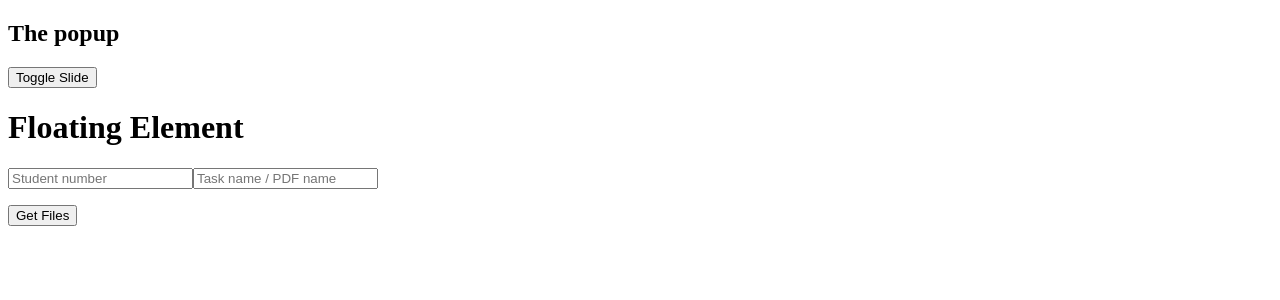
Repository: Morta-Organization/Dropbox-File-Finder-UI-popup-chrome-extension
Page: popup.html
The author's editor kept a copy of each file at every save. The page is drawn from the files as they stood at one save, then again after the next save.
The browser window is 1280 px wide. The pictures show the whole page.

Above is the page before, as saved 2023-04-13 09:13:48.
Console error: TypeError: Cannot read properties of undefined (reading 'textContent')

### popup.html
<!DOCTYPE html>
<html lang="en">

<head>
   <meta charset="UTF-8">

   <meta http-equiv="X-UA-Compatible" content="IE=edge">
   <script src="./content.js" defer></script>
   <meta name="viewport" content="width=device-width, initial-scale=1.0">
   <title>Document</title>
</head>

<body>
    <div>
      <h2 class="h2-heading" id="h2Tag1">The popup</h2>
       </div>
    </div>






</body>

</html>

### content.js

let inputField1 = document.createElement("input");
let inputField2 = document.createElement("input");
let getFilesBtn = document.createElement("button");
let folderList = document.createElement("ul")

// Function to create the UI elements
function createUI() {
  // Create the floating element
  const inputContainer = document.createElement("div");
  inputContainer.className = "main-input-container";
  let getFilesBtnContainer = document.createElement("div");
  getFilesBtn.className = "button button1 getFIles";
  getFilesBtn.textContent = "Get Files";
  getFilesBtn.addEventListener("click", () => {

  })
  getFilesBtnContainer.appendChild(getFilesBtn);

  const floatingElement = document.createElement("div");
  const header = document.createElement("h1");
  header.innerText = "Floating Element";
  floatingElement.className = "box-layout slide-in-left";


  //create the toggle button
  let slideBtn = document.createElement("button");
    slideBtn.className="slide-btn"
    slideBtn.textContent = "Toggle Slide"
    slideBtn.addEventListener('click', () => {

        floatingElement.classList.toggle('slide-out-left');
        slideBtn.classList.toggle('toggleBtn')
      });

  inputField1.id = "myInputField1";
  inputField1.type = "text";
  inputField1.placeholder = "Student number";

  inputField2.id = "myInputField2";
  inputField2.type = "text";
  inputField2.placeholder = "Task name / PDF name";

  floatingElement.prepend(slideBtn);
  floatingElement.appendChild(header);
  inputContainer.appendChild(inputField1);
  inputContainer.appendChild(inputField2);
  inputContainer.appendChild(folderList);
  inputContainer.appendChild(getFilesBtnContainer);
  floatingElement.appendChild(inputContainer);


  document.body.appendChild(floatingElement);

  // Call function to get page values and update UI elements
  extractTaskName();
  extractStudentNumber()
}

//  Call createUI function to create the UI elements
createUI();


//! Extracts the task name from the page elements
function extractTaskName() {
  // Find all h6 elements containing the word "Task"
  let h6Tags = [...document.querySelectorAll("h6")].filter((task) =>
    task.textContent.includes("Task")
  );

  // Loop through each h6 element and extract the text after "-"
  h6Tags.forEach((task) => {
    const text = task.textContent.trim();
    const index = text.indexOf("-") + 1;

    let result;

    // If the text contains "-", extract the text after "-" and check if it contains ":"
    if (index !== 0) {
      result = text.substring(index).trim();

      // If the result contains ":", extract the text after the last ":" instead
      if (result.includes(":")) {
        const lastIndex = result.lastIndexOf(":") + 1;
        result = result.substring(lastIndex).trim();
      }
    }

    // Log the result
    //console.log(result);
    inputField2.value = result;
  });
}

//! Extract the student number from the page elements
function extractStudentNumber() {
  // Select all h6 elements on the page
  const h6Element = [...document.querySelectorAll("h6")].filter((task) =>
  task.textContent.includes("Student number")
)
    const studentNumber = h6Element[0].textContent.split(":")[1].trim();
    inputField1.value = studentNumber;
}

After the next save:
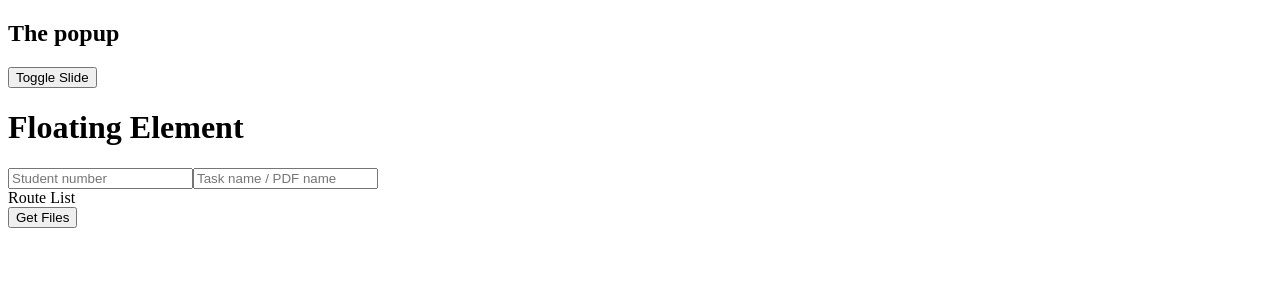
Saved 95 s later.
--- a/content.js
+++ b/content.js
@@ -2,11 +2,13 @@
 let inputField1 = document.createElement("input");
 let inputField2 = document.createElement("input");
 let getFilesBtn = document.createElement("button");
-let folderList = document.createElement("ul")
+let routeList = document.createElement("div")
 
 // Function to create the UI elements
 function createUI() {
-  // Create the floating element
+  // Create the floating element properties
+  routeList.className = "query-results";
+  routeList.textContent = "Route List";
   const inputContainer = document.createElement("div");
   inputContainer.className = "main-input-container";
   let getFilesBtnContainer = document.createElement("div");
@@ -45,7 +47,7 @@ function createUI() {
   floatingElement.appendChild(header);
   inputContainer.appendChild(inputField1);
   inputContainer.appendChild(inputField2);
-  inputContainer.appendChild(folderList);
+  inputContainer.appendChild(routeList);
   inputContainer.appendChild(getFilesBtnContainer);
   floatingElement.appendChild(inputContainer);
 
